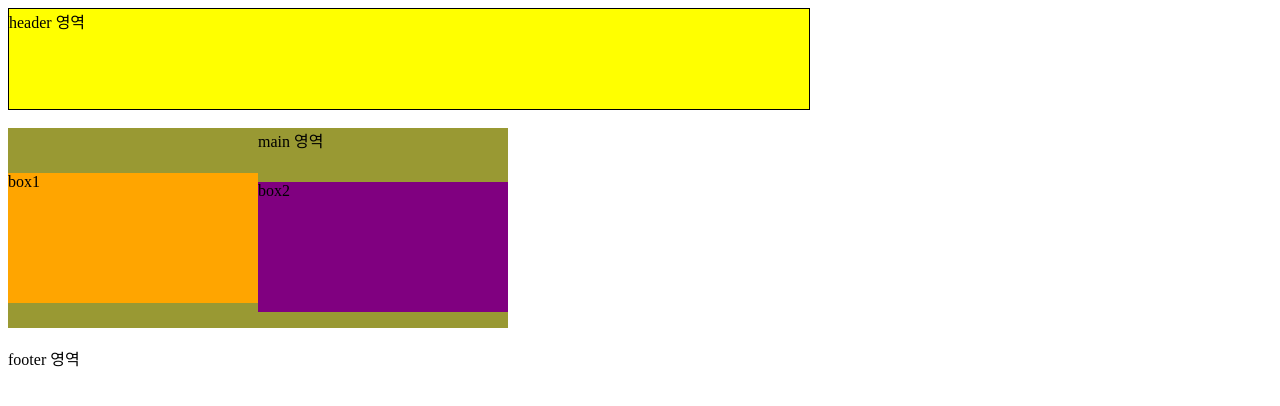
Repository: Seokho96/CSSPractice
Page: css/work01/WebContent/index02.html
An editor plug-in stored every save of this project. The page is shown before and after the next save, followed by the edit.
The browser window is 1280 px wide. The pictures show the whole page.

Above is the page before, as saved 2020-07-13 06:35:54.

### css/work01/WebContent/index02.html
<!DOCTYPE html>
<html>
<head>
<meta charset="UTF-8">
<title>Insert title here</title>

<style type="text/css">
#header{
   width: 800px;
   height: 100px;
   border: 1px solid black;
   background-color: yellow;
}
#main{
   width: 500px;
   height: 200px;
   background-color: #999933;
}
#box1{
   width: 250px;
   height:130px;
   background-color: orange;
   margin-top: 45px;
   float: left;
}
#box2{
   width: 250px;
   height:130px;
   background-color: purple;
   margin-top: 30px;
   float: right;

}
</style>
</head>
<body>

<div id="header" >header 영역</div><br>


<div id="main">main 영역
<div id="box1">box1</div>
<div id="box2">box2</div>
</div> <br>

<div id="footer">footer 영역</div>
</body>
</html>

After the next save:
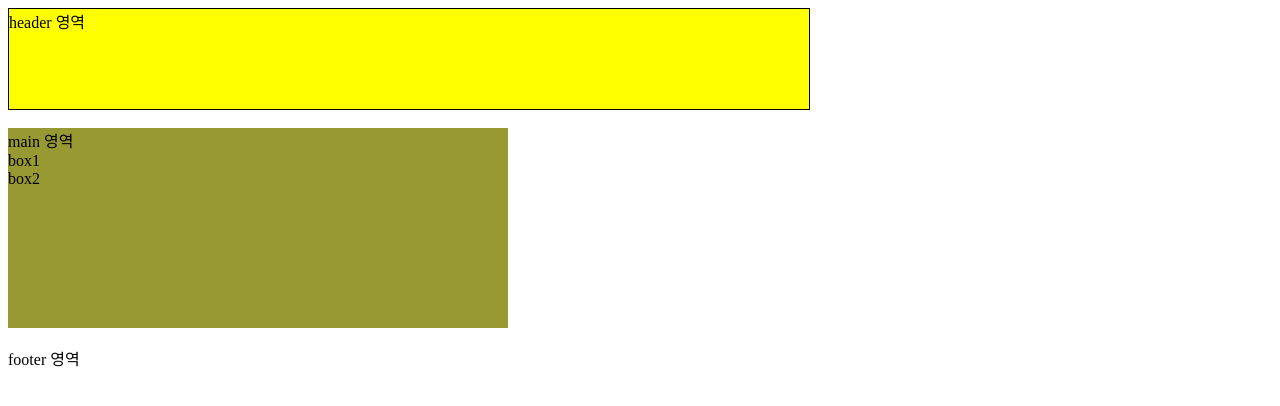
Saved 17 s later.
--- a/css/work01/WebContent/index02.html
+++ b/css/work01/WebContent/index02.html
@@ -16,7 +16,7 @@
    height: 200px;
    background-color: #999933;
 }
-#box1{
+/* #box1{
    width: 250px;
    height:130px;
    background-color: orange;
@@ -30,7 +30,7 @@
    margin-top: 30px;
    float: right;
 
-}
+}  */
 </style>
 </head>
 <body>
